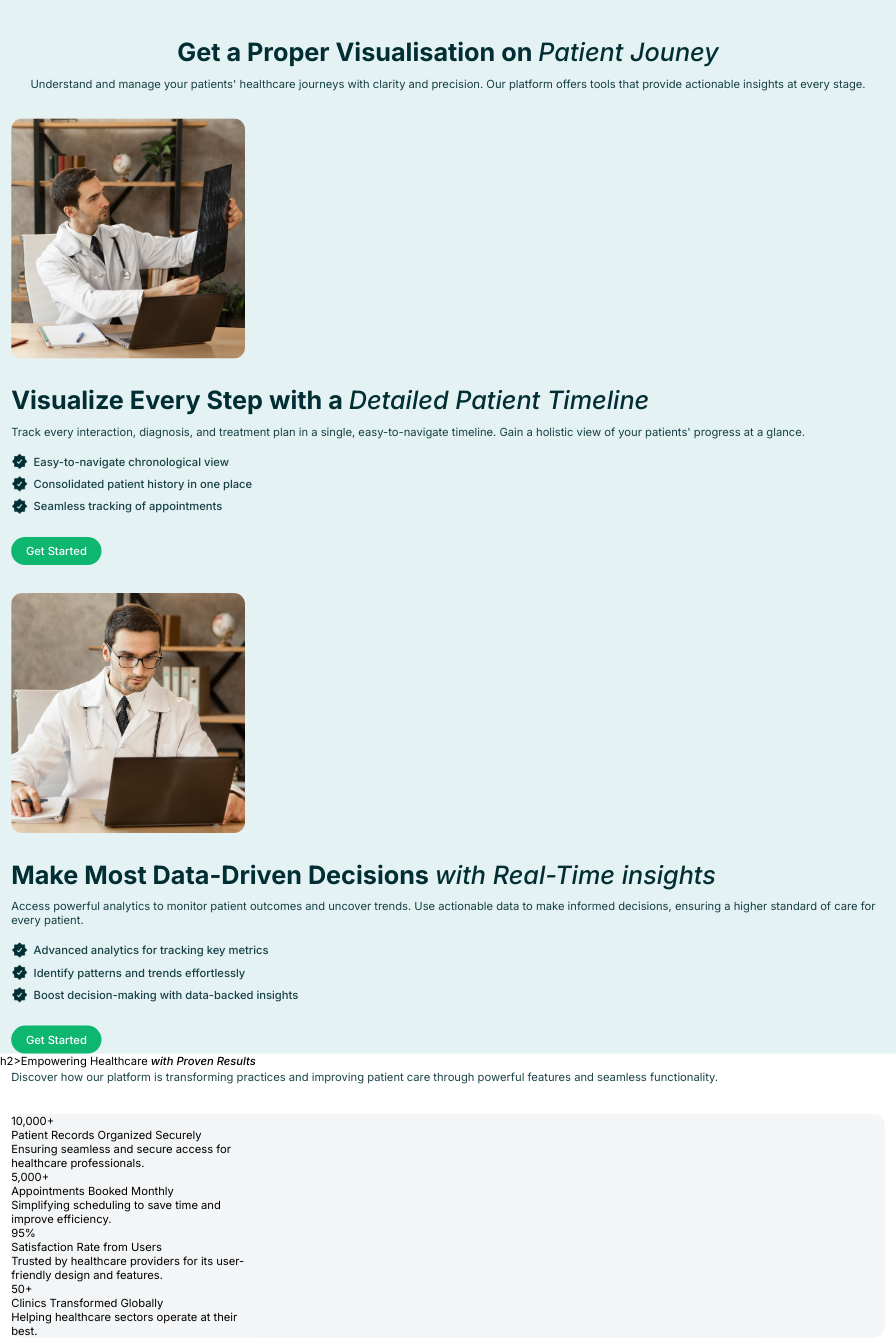
Repository: DiegoWWeege/recuperacao-prova-front-end
Page: index.html
An editor plug-in stored every save of this project. The page is shown before and after the next save, followed by the edit.
The browser window is 1280 px wide. The pictures show the part of the page from y = 1423 to 3343 px (the page is 3334 px tall before and 3343 px after), at 70% of full size.

Above is the page before, as saved 2026-06-22 18:53:46.

### index.html
<!DOCTYPE html>
<html lang="pt-br">
<head>
    <meta charset="UTF-8">
    <meta name="viewport" content="width=device-width, initial-scale=1.0">
    <title>ERTIFY HEALTH</title>
    <link rel="stylesheet" href="style.css">
</head>
<body>

    <!--Cabeçalho da Lading Page-->

    <header>
        <img src="images/logo.png" alt="Ertify Health logo">

        <section>
        <button aria-label = "Get Started" class = "get-started-button">Get Started</button>

            <img src="icons/burguer-menu.png" alt="Burguer menu">
        </section>
    </header>

    <!--Conteúdo principal da Lading Page-->
    <main class = "hero-section">

        <section>
            <h1>Simple & Secure Patient <span>Management</span></h1>
            <!-- Foi dado um espaço na palavra &amp, pois quando junta apresentava erro no html!-->
            <p>CERTIFY’s platform automates intake & amp; check-in processes
            so you can put the focus back on delivering quality care.</p>
        </section>

        <section id = "buttons-section">
            <button  aria-label = "Get Started" class = "get-started-button">Get Started</button>
            <button aria-label = "Play demo" class = "play-demo-button">Play Demo</button>
        </section>

        <img src="images/three-doctors.png" alt="Three doctors">
    </main>



    <section class = "section-patient-journey">
        <h2>Get a Proper Visualisation on <span>Patient Jouney</span></h2>

        <p>Understand and  manage your patients' healthcare journeys with
            clarity and precision. Our platform offers tools that provide
            actionable insights at every stage.</p>


        <section class = "image-text-benefits">

            <img src="images/doctor-xray.png" alt="A doctor sitting in his desk looking at an x-ray">

            <h2>Visualize Every Step with a <span>Detailed Patient Timeline</span></h2>

            <p>Track every interaction, diagnosis, and treatment
                plan in a single, easy-to-navigate
                timeline. Gain a holistic view of your patients'
                progress at a glance.</p>

            <section class = "benefits-grid">

                <img src="icons/checkmark-badge-02.png" alt="">
                <p class = "benefit">Easy-to-navigate chronological view</p>

                <img src="icons/checkmark-badge-02.png" alt="">
                <p class = "benefit">Consolidated patient history in one place</p>

                <img src="icons/checkmark-badge-02.png" alt="">
                <p class = "benefit">Seamless tracking of appointments</p>

            </section>

            <button  aria-label = "Get Started" class = "get-started-button">Get Started</button>

        </section>

        <section class = "image-text-benefits">

            <img src="images/doctor-laptop.png" alt="A doctor sitting in his desk looking at an x-ray">

            <h2>Make Most Data-Driven Decisions <span>with Real-Time insights</span></h2>

            <p>Access powerful analytics to monitor patient outcomes
                and uncover trends. Use actionable data
                 to make informed decisions, ensuring a higher standard
                 of care for every patient.</p>

            <section class = "benefits-grid">

                <img src="icons/checkmark-badge-02.png" alt="">
                <p class = "benefit">Advanced analytics for tracking key metrics</p>

                <img src="icons/checkmark-badge-02.png" alt="">
                <p class = "benefit">Identify patterns and trends effortlessly</p>

                <img src="icons/checkmark-badge-02.png" alt="">
                <p class = "benefit">Boost decision-making with data-backed insights</p>

            </section>

            <button  aria-label = "Get Started" class = "get-started-button">Get Started</button>

        </section>

    </section>

    <section class = "section-empowering-healthcare">
        <section class = "main-text">
            h2>Empowering Healthcare<span> with Proven Results</span></h2>

        <p>Discover how our platform is transforming practices and improving
            patient care through powerful features and seamless functionality.</p>
        </section>

        <section class = "boxes-grid">
            <section class = "first-box">
                <p>10,000+</p>
                <p>Patient Records Organized Securely</p>

                <p>Ensuring seamless and secure access for healthcare professionals.</p>
            </section>

            <section class = "second-box">
                <p>5,000+</p>
                <p>Appointments Booked Monthly</p>

                <p>Simplifying scheduling to save time and improve efficiency.</p>
            </section>

            <section class = "third-box">
                <p>95%</p>
                <p>Satisfaction Rate from Users</p>

                <p>Trusted by healthcare providers for its user-friendly design and features.</p>
            </section>

            <section class = "fourth-box">
                <p>50+</p>
                <p>Clinics Transformed Globally</p>

                <p>Helping healthcare sectors operate at their best.</p>
            </section>
        </section>

    </section>
</body>
</html>

### style.css
@import url('https://fonts.googleapis.com/css2?family=Inter:ital,opsz,wght@0,14..32,100..900;1,14..32,100..900&family=Roboto:ital,wght@0,100..900;1,100..900&display=swap');

*{
    margin: 0px;
    padding: 0px;
    font-family: 'Inter', sans-serif;
}

img{
    object-fit: cover;
}

header{
    background-color: #012E33;
    width: 100vw;
    border-bottom: 1px solid #1A4347;
    display: grid;
    grid-template-columns: 1fr auto;
    align-items: center;
    padding: 1rem;
    box-sizing: border-box;
}

.get-started-button{
    background-color: #0EB770;
    color: white;
    font-size: 1rem;
    font-weight: 500;
    border-radius: 100px;
    height: 2.5rem;
    width: 8.063rem;
    border-style: none;
    justify-self: end;

}

header section{
    display: grid;
    grid-template-columns:auto auto;
    align-items: center;
    gap: 1rem;
}

.hero-section{
    background-color: #012E33;
    padding-top: 4.313rem;
    box-sizing: border-box;
}

.hero-section h1{
    font-family: "Inter" , sans-serif;
    font-size: 2.75rem;
    font-weight: 700;
    color: white;
    margin-bottom: 0.75rem;
    margin-left: 1.375rem;
    margin-right: 0.625rem;

}

.hero-section span{
    font-weight: 400;
    font-family: "Inter" , sans-serif;
    font-style: italic;
}

.hero-section p{
    color: rgba(255, 255, 255, 0.904);
    line-height: 1.625rem;
    margin-bottom: 4.313rem;
    margin-left: 1.375rem;
    margin-right: 0.625rem;
}

.hero-section #buttons-section button{
    width: 21.438rem;
    height: 3.5rem;
    margin-left: 1.375rem;
    margin-right: 0.625rem;
}

.hero-section #buttons-section .get-started-button{
    margin-bottom: 1rem;
}

.hero-section #buttons-section .play-demo-button{
    border: 1px solid #044046;
    border-radius: 100px;
    background: none;
    color: white;
    align-items: center;
    font-weight: 500;
    font-size: 16px;
}

.hero-section img{
    width: 100vw;
    margin-top: 2rem;
}

.section-patient-journey{
    background-color: #E4F2F3;
    padding-left: 1rem;
    padding-right: 1rem;
    padding-top: 3.75rem;
}

.section-patient-journey h2{
    font-family: "Inter" , sans-serif;
    font-weight: 700;
    font-size: 36px;
    line-height: 46px;
    color: #012E33;
    text-align: center;
}

.section-patient-journey span{
    font-weight: 500;
    font-style: italic;
}

.section-patient-journey p{
    color: #012e33e7;
    font-weight: 400;
    text-align: center;
    margin-top: 0.75rem;
}

.section-patient-journey img{
    height: 21.438rem;
    width: 20.875rem;
    border-radius: 1rem;
    margin-top: 2.5rem;
    margin-bottom: 2rem;
}

.section-patient-journey .image-text-benefits h2{
    text-align: start;
}

.section-patient-journey .image-text-benefits p{
    text-align:  start;
}

.image-text-benefits .benefits-grid{
    display: grid;
    grid-template-columns: auto 1fr;
    gap: 0.5rem;
    margin-top: 1.313rem;
    margin-bottom: 2rem;
}

.image-text-benefits .benefits-grid img{
    width: 1.5rem;
    height: 1.5rem;
    margin: 0px;

}

.image-text-benefits .benefits-grid p{
    margin: 0px;
    align-self: center;
    font-weight: 500;

}

.section-empowering-healthcare .main-text h1{
    margin-top: 3.75rem;
    margin-left: 1rem;
    margin-bottom: 0,75rem;
    font-family: "Inter" , sans-serif;
    font-weight: 700;
    line-height: 46px;
    font-size: 36px;
    color: #012E33;
}

.section-empowering-healthcare .main-text span{
    font-weight: 500;
    font-style: italic;
}

.section-empowering-healthcare .main-text p{
    margin-left: 1rem;
    font-family: "Inter" , sans-serif;
    font-weight: 400;
    font-size: 16px;
    line-height: 26px;
    color: #012E33E5;
    margin-bottom: 2.5rem;

}
.section-empowering-healthcare .boxes-grid{
    display: grid;
    grid-template-columns: 21.438rem;
    background-color: #F3F5F7;
    border-radius: 16px;
    margin-left: 1rem;
    margin-right: 1rem;


}

After the next save:
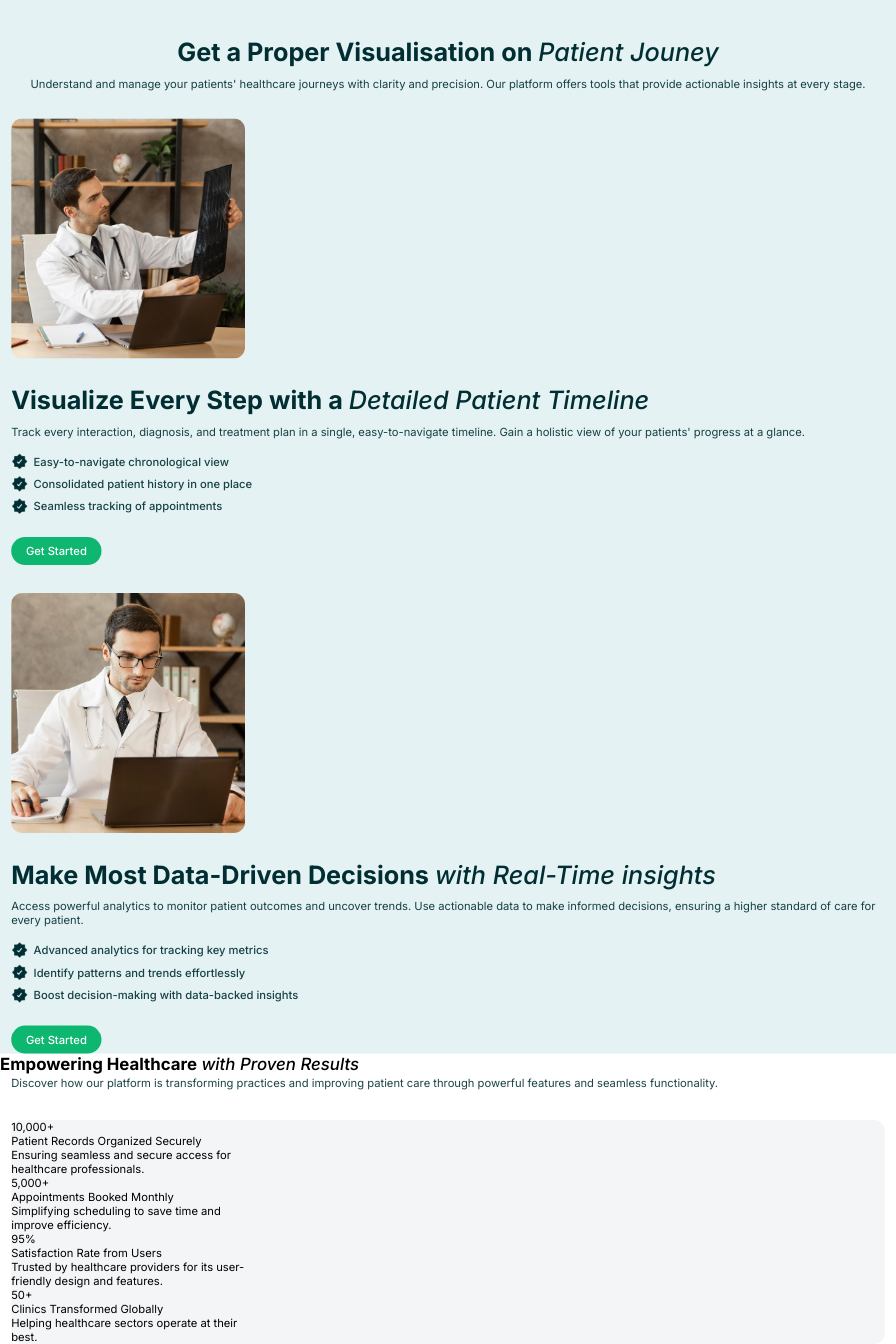
Saved 15 s later.
--- a/index.html
+++ b/index.html
@@ -108,7 +108,7 @@
 
     <section class = "section-empowering-healthcare">
         <section class = "main-text">
-            h2>Empowering Healthcare<span> with Proven Results</span></h2>
+            <h2>Empowering Healthcare<span> with Proven Results</span></h2>
 
         <p>Discover how our platform is transforming practices and improving
             patient care through powerful features and seamless functionality.</p>
